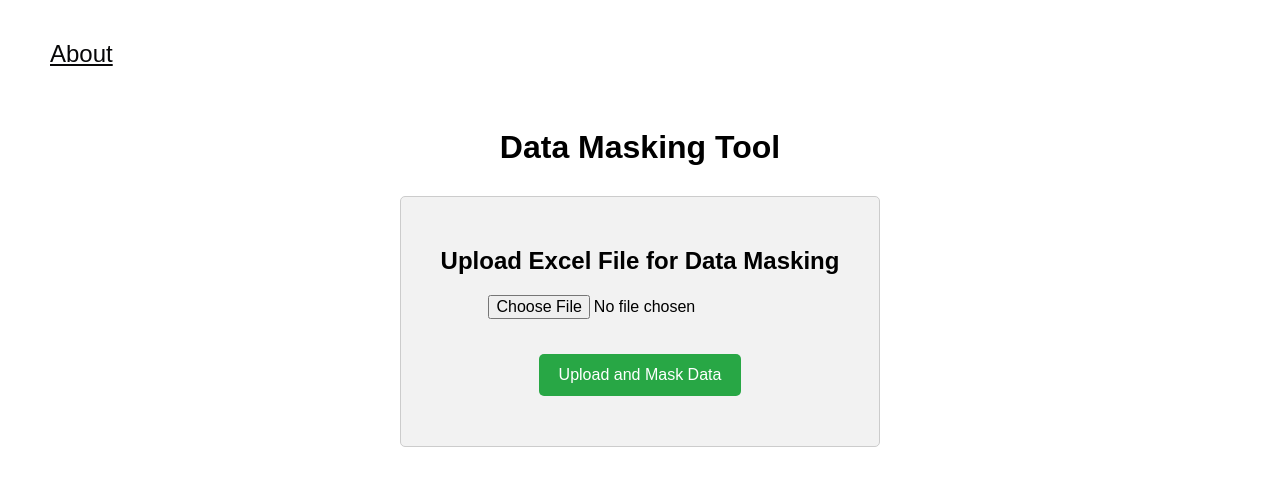
Repository: prithika12/DataMasking_Tool
Page: index.html
The author's editor kept a copy of each file at every save. The page is drawn from the files as they stood at one save, then again after the next save.
The browser window is 1280 px wide. The pictures show the whole page.

Above is the page before, as saved 2024-07-09 12:04:35.

After the next save:
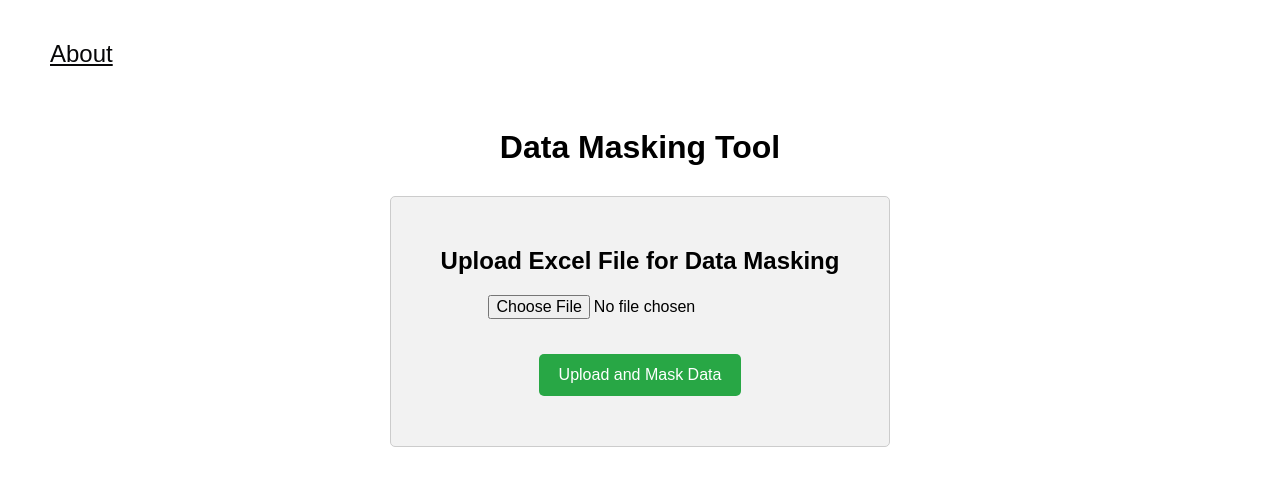
Saved 5 s later.
--- a/index.html
+++ b/index.html
@@ -15,7 +15,7 @@
         }
         .container {
             max-width: 600px;
-            padding: 30px 40px;
+            padding: 30px 50px;
             background-color: #f2f2f2;
             border: 1px solid #ccc;
             border-radius: 5px;
